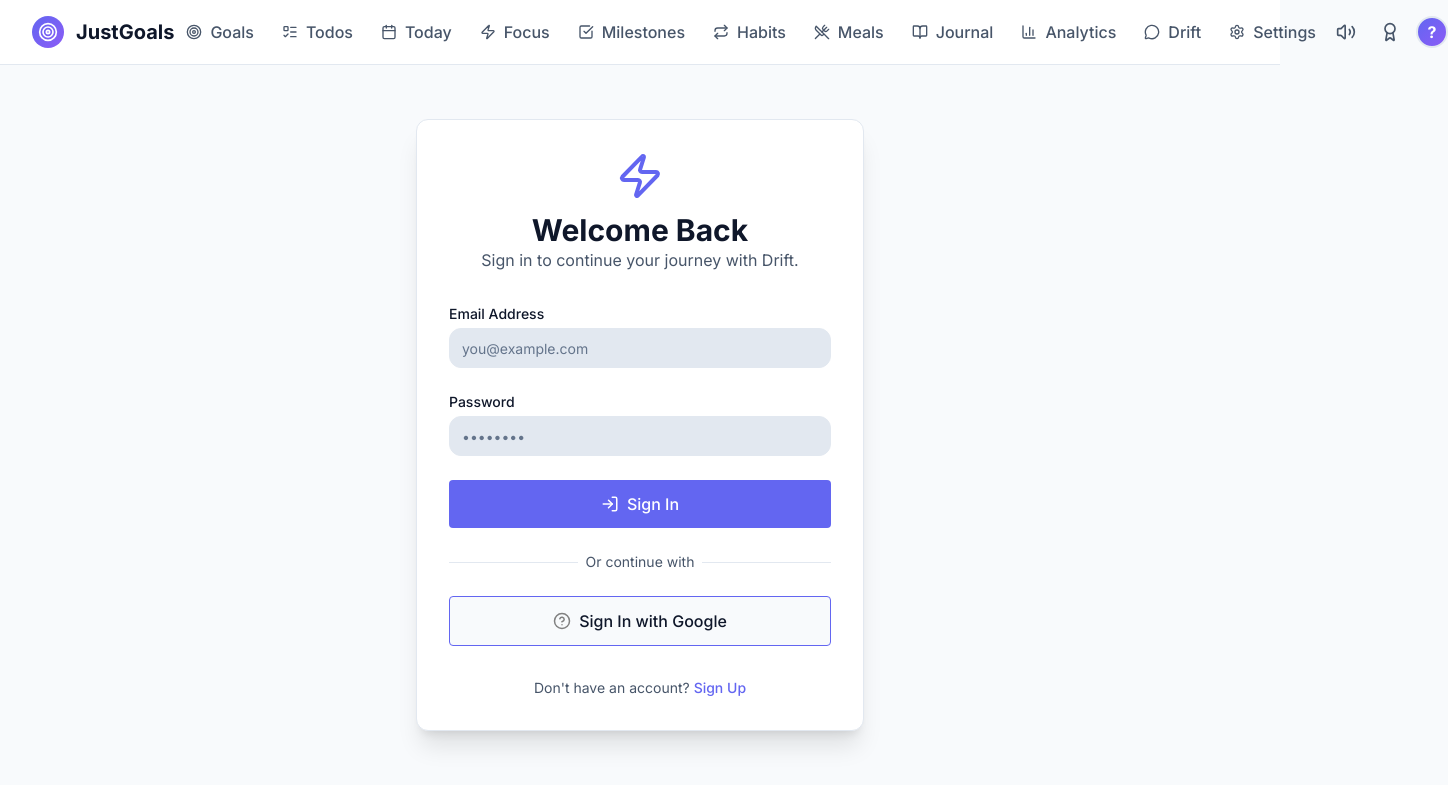
Repository: yaegerbomb42/justgoals
Page: /
An editor plug-in stored every save of this project. The page is shown before and after the next save, followed by the edit.
The browser window is 1280 px wide. The page is 1448 px wide, then 1444 px, so the pictures cover 1448 px, including what lies to the right of the window. The pictures show the whole page.
The page's requests for data from a server got no answer. The project was rebuilt for these pictures with package versions that can differ from the ones it lists, and the page was loaded fresh each time. Some packages were replaced by stand-ins written for this rebuild. No one was signed in, and anything a server would have sent is missing. Also part of the build but not shown: vite.config.mjs, src/components/ui/AchievementModal.jsx, src/components/ErrorBoundary.jsx, src/services/entityManagementService.js, src/utils/goalUtils.js, src/components/ui/FloatingActionButton.jsx, src/pages/goals-dashboard/components/WelcomeHero.jsx, src/pages/goals-dashboard/components/QuickActions.jsx and 78 more.

Above is the page before, as saved 2025-07-21 20:17:00.

### index.html
<!doctype html>
<html lang="en">
  <head>
    <meta charset="utf-8" />
    <title>JustGoals</title>
    <meta name="viewport" content="width=device-width, initial-scale=1.0" />
    <meta name="theme-color" content="#ff9800" />
    <meta name="description" content="JustGoals: Achieve more with cross-device goal tracking, analytics, and gamification." />
    <link rel="icon" href="/assets/images/app-icon.png" />
    <link rel="manifest" href="/manifest.json" />
<script type="module" src="https://static.rocket.new/rocket-web.js?_cfg=https%3A%2F%2Fyaegersg9399back.builtwithrocket.new&_be=https%3A%2F%2Fapplication.rocket.new&_v=0.1.5"></script>
</head>
  <body>
    <noscript>You need to enable JavaScript to run this app.</noscript>
    <div class="dhiwise-code" id="root"></div>
    <script type="module" src="/src/index.jsx"></script>
  </body>
</html>

### src/index.jsx
import React from "react";
import { createRoot } from "react-dom/client";
import App from "./App";
import "./styles/tailwind.css";
import "./styles/index.css";
import { AuthProvider } from './context/AuthContext';
import { SettingsProvider } from './context/SettingsContext';
import { PlanDataProvider } from './context/PlanDataContext';
import { AchievementProvider } from './context/AchievementContext';
import { NotificationProvider } from './context/NotificationContext';
import { MealsProvider } from './context/MealsContext';
import { TemporaryTodosProvider } from './context/TemporaryTodosContext';

const container = document.getElementById("root");
const root = createRoot(container);

root.render(
  <AuthProvider>
    <SettingsProvider>
      <PlanDataProvider>
        <AchievementProvider>
          <NotificationProvider>
            <MealsProvider>
              <TemporaryTodosProvider>
                <App />
              </TemporaryTodosProvider>
            </MealsProvider>
          </NotificationProvider>
        </AchievementProvider>
      </PlanDataProvider>
    </SettingsProvider>
  </AuthProvider>
);

// Register service worker with update notification
if ('serviceWorker' in navigator) {
  window.addEventListener('load', () => {
    navigator.serviceWorker.register('/sw.js').then(registration => {
      registration.onupdatefound = () => {
        const installingWorker = registration.installing;
        installingWorker.onstatechange = () => {
          if (installingWorker.state === 'installed') {
            if (navigator.serviceWorker.controller) {
              // New update available
              if (window.confirm('A new version is available. Reload now?')) {
                window.location.reload();
              }
            }
          }
        };
      };
    });
  });
}

### src/context/PlanDataContext.jsx
import React, { createContext, useContext, useState, useEffect, useCallback } from 'react';

const PlanDataContext = createContext();

function normalizePlanData(input) {
  let data = input;
  if (typeof input === 'string') {
    try { data = JSON.parse(input); } catch { return []; }
  }
  if (data && !Array.isArray(data) && typeof data === 'object') {
    data = [data];
  }
  function deepFlatten(arr) {
    return arr.reduce((acc, val) => Array.isArray(val) ? acc.concat(deepFlatten(val)) : acc.concat(val), []);
  }
  if (!Array.isArray(data)) return [];
  const flat = deepFlatten(data).filter(
    item => item && typeof item === 'object' && !Array.isArray(item) && typeof item.time === 'string' && typeof item.title === 'string'
  );
  return flat;
}

export const PlanDataProvider = ({ children }) => {
  const [plan, setPlan] = useState([]);
  const [planError, setPlanError] = useState('');

  // On mount, clean all daily_plan_* keys and load today's plan
  useEffect(() => {
    Object.keys(localStorage).forEach(key => {
      if (key.startsWith('daily_plan_')) {
        try {
          const plan = JSON.parse(localStorage.getItem(key));
          if (!Array.isArray(plan) || !plan.every(item => item && typeof item === 'object' && typeof item.time === 'string' && typeof item.title === 'string')) {
            localStorage.removeItem(key);
          }
        } catch {
          localStorage.removeItem(key);
        }
      }
    });
    // Load today's plan
    const today = new Date().toISOString().split('T')[0];
    const planKey = `daily_plan_global_${today}`;
    const savedPlan = localStorage.getItem(planKey);
    if (savedPlan) {
      setPlan(normalizePlanData(savedPlan));
    } else {
      setPlan([]);
    }
  }, []);

  // Save plan to localStorage
  const savePlan = useCallback((newPlan) => {
    const today = new Date().toISOString().split('T')[0];
    const planKey = `daily_plan_global_${today}`;
    const normalized = normalizePlanData(newPlan);
    if (normalized.length > 0) {
      localStorage.setItem(planKey, JSON.stringify(normalized));
      setPlan(normalized);
      setPlanError('');
    } else {
      localStorage.removeItem(planKey);
      setPlan([]);
      setPlanError('Plan data was invalid and has been reset.');
    }
  }, []);

  // Reset all plan data
  const resetAllPlans = useCallback(() => {
    Object.keys(localStorage).forEach(key => {
      if (key.startsWith('daily_plan_')) {
        localStorage.removeItem(key);
      }
    });
    setPlan([]);
    setPlanError('All plan data has been reset.');
    window.location.reload();
  }, []);

  return (
    <PlanDataContext.Provider value={{ plan, setPlan: savePlan, planError, resetAllPlans }}>
      {children}
    </PlanDataContext.Provider>
  );
};

export const usePlanData = () => {
  const context = useContext(PlanDataContext);
  if (!context) {
    throw new Error('usePlanData must be used within a PlanDataProvider');
  }
  return context;
};

### src/context/NotificationContext.jsx
import React, { createContext, useContext } from 'react';

const NotificationContext = createContext();

export const useNotificationContext = () => {
  const context = useContext(NotificationContext);
  if (!context) {
    throw new Error('useNotificationContext must be used within a NotificationProvider');
  }
  return context;
};

export const NotificationProvider = ({ children }) => {
  const value = {
    // This context can be expanded later to include notification state management
    // For now, it just provides the context structure
  };

  return (
    <NotificationContext.Provider value={value}>
      {children}
    </NotificationContext.Provider>
  );
};

### src/components/ui/Header.jsx
import React, { useState, useRef, useEffect } from 'react';
import { useNavigate, useLocation } from 'react-router-dom';
import { motion, AnimatePresence } from 'framer-motion';
import { useAuth } from '../../context/AuthContext';
import { useSettings } from '../../context/SettingsContext';
import { useAchievements } from '../../context/AchievementContext';
import Icon from './Icon';

const Header = () => {
  const { user, logout } = useAuth();
  const { settings } = useSettings();
  const { isMusicMuted, setMusicMuted } = useSettings();
  const { achievements, unreadCount } = useAchievements();
  const navigate = useNavigate();
  const location = useLocation();

  const [profileMenuOpen, setProfileMenuOpen] = useState(false);
  const [mobileMenuOpen, setMobileMenuOpen] = useState(false);
  const profileMenuRef = useRef(null);

  const isMobile = settings?.mobile?.detected;
  const compactHeader = settings?.mobile?.compactHeader;

  // Close menus when clicking outside
  useEffect(() => {
    const handleClickOutside = (event) => {
      if (profileMenuRef.current && !profileMenuRef.current.contains(event.target)) {
        setProfileMenuOpen(false);
      }
    };

    document.addEventListener('mousedown', handleClickOutside);
    return () => document.removeEventListener('mousedown', handleClickOutside);
  }, []);

  // Close mobile menu when route changes
  useEffect(() => {
    setMobileMenuOpen(false);
  }, [location.pathname]);

  const handleLogout = async () => {
    try {
      await logout();
      navigate('/auth/login');
    } catch (error) {
      console.error('Logout failed:', error);
    }
  };

  const navigationItems = [
    { path: '/goals-dashboard', label: 'Goals', icon: 'Target' },
    { path: '/temp-todos', label: 'Todos', icon: 'ListTodo' },
    { path: '/day', label: 'Today', icon: 'Calendar' },
    { path: '/focus-mode', label: 'Focus', icon: 'Zap' },
    { path: '/daily-milestones', label: 'Milestones', icon: 'CheckSquare' },
    { path: '/habits', label: 'Habits', icon: 'Repeat' },
    { path: '/meals', label: 'Meals', icon: 'UtensilsCrossed' },
    { path: '/journal', label: 'Journal', icon: 'BookOpen' },
    { path: '/analytics-dashboard', label: 'Analytics', icon: 'BarChart3' },
    { path: '/ai-assistant-chat-drift', label: 'Drift', icon: 'MessageCircle' },
    { path: '/settings-configuration', label: 'Settings', icon: 'Settings' },
  ];

  const getCurrentPage = () => {
    return navigationItems.find(item => location.pathname.startsWith(item.path))?.label || 'JustGoals';
  };

  return (
    <header className={`bg-surface border-b border-border sticky top-0 z-40 transition-all duration-200 ${
      compactHeader && isMobile ? 'py-2' : 'py-3'
    }`}>
      <div className="max-w-7xl mx-auto px-4 sm:px-6 lg:px-8">
        <div className="flex items-center justify-between">
          {/* Logo and Title */}
          <div className="flex items-center space-x-3">
            <div className="flex-shrink-0">
              <div className="w-8 h-8 bg-gradient-to-br from-primary to-secondary rounded-lg flex items-center justify-center">
                <Icon name="Target" className="w-5 h-5 text-white" />
              </div>
            </div>
            <h1 className={`font-heading-bold text-text-primary transition-all duration-200 ${
              compactHeader && isMobile ? 'text-lg' : 'text-xl'
            }`}>
              JustGoals
            </h1>
          </div>

          {/* Desktop Navigation */}
          {!isMobile && (
            <nav className="hidden md:flex items-center space-x-1">
              {navigationItems.map((item) => {
                const isActive = location.pathname.startsWith(item.path);
                return (
                  <button
                    key={item.path}
                    onClick={() => navigate(item.path)}
                    className={`flex items-center space-x-2 px-3 py-2 rounded-lg font-medium transition-all duration-200 ${
                      isActive
                        ? 'bg-primary text-white shadow-lg'
                        : 'text-text-secondary hover:text-text-primary hover:bg-surface-700'
                    }`}
                  >
                    <Icon name={item.icon} className="w-4 h-4" />
                    <span>{item.label}</span>
                  </button>
                );
              })}
            </nav>
          )}

          {/* Right Side Items */}
          <div className="flex items-center space-x-2">
            {/* Mute/Unmute Global Music */}
            <button
              onClick={() => setMusicMuted((v) => !v)}
              className="p-2 text-text-secondary hover:text-text-primary hover:bg-surface-700 rounded-lg transition-all duration-200"
              title={isMusicMuted ? 'Unmute Background Music' : 'Mute Background Music'}
            >
              <Icon name={isMusicMuted ? 'VolumeX' : 'Volume2'} className="w-5 h-5" />
            </button>
            {/* Achievement Badge */}
            <button
              onClick={() => navigate('/achievements')}
              className="relative p-2 text-text-secondary hover:text-text-primary hover:bg-surface-700 rounded-lg transition-all duration-200"
              title="Achievements"
            >
              <Icon name="Award" className="w-5 h-5" />
              {unreadCount > 0 && (
                <span className="absolute -top-1 -right-1 w-5 h-5 bg-red-500 text-white text-xs rounded-full flex items-center justify-center font-bold">
                  {unreadCount > 9 ? '9+' : unreadCount}
                </span>
              )}
            </button>

            {/* Mobile Menu Button */}
            {isMobile && (
              <button
                onClick={() => setMobileMenuOpen(!mobileMenuOpen)}
                className="p-2 text-text-secondary hover:text-text-primary hover:bg-surface-700 rounded-lg transition-all duration-200 md:hidden"
                title="Menu"
              >
                <Icon name={mobileMenuOpen ? "X" : "Menu"} className="w-5 h-5" />
              </button>
            )}

            {/* Profile Icon & Dropdown */}
            <div className="relative" ref={profileMenuRef}>
              <button
                className="flex items-center justify-center w-8 h-8 rounded-full bg-gradient-to-br from-primary to-secondary text-white font-bold border-2 border-primary-400 hover:shadow-lg transition-all duration-200 hover:scale-105"
                onClick={() => setProfileMenuOpen((v) => !v)}
                title="Profile"
              >
                {(settings?.profile?.displayName || user?.displayName)?.[0]?.toUpperCase() ?? user?.email?.[0]?.toUpperCase() ?? '?'}
              </button>
              <AnimatePresence>
                {profileMenuOpen && (
                  <motion.div
                    initial={{ opacity: 0, y: -10, scale: 0.95 }}
                    animate={{ opacity: 1, y: 0, scale: 1 }}
                    exit={{ opacity: 0, y: -10, scale: 0.95 }}
                    className="absolute right-0 mt-3 w-64 bg-surface border border-border rounded-xl shadow-xl z-50 overflow-hidden"
                  >
                    {/* User Info Section */}
                    <div className="p-4 bg-gradient-to-r from-primary/5 to-secondary/5 border-b border-border">
                      <div className="flex items-center space-x-3">
                        <div className="w-10 h-10 rounded-full bg-gradient-to-br from-primary to-secondary flex items-center justify-center text-white font-bold text-lg">
                          {(settings?.profile?.displayName || user?.displayName)?.[0]?.toUpperCase() ?? user?.email?.[0]?.toUpperCase() ?? '?'}
                        </div>
                        <div className="flex-1 min-w-0">
                          <div className="font-semibold text-text-primary truncate">
                            {settings?.profile?.displayName || user?.displayName || 'User'}
                          </div>
                          <div className="text-xs text-text-secondary truncate">
                            {user?.email}
                          </div>
                        </div>
                      </div>
                    </div>

                    {/* Menu Items */}
                    <div className="p-2">
                      <button
                        className="w-full flex items-center space-x-3 px-3 py-2 text-left text-red-500 hover:bg-red-500/10 rounded-lg transition-colors duration-200"
                        onClick={handleLogout}
                      >
                        <Icon name="LogOut" className="w-4 h-4" />
                        <span className="text-sm font-medium">Sign Out</span>
                      </button>
                    </div>
                  </motion.div>
                )}
              </AnimatePresence>
            </div>
          </div>
        </div>

        {/* Mobile Navigation Menu */}
        <AnimatePresence>
          {mobileMenuOpen && isMobile && (
            <motion.div
              initial={{ opacity: 0, height: 0 }}
              animate={{ opacity: 1, height: 'auto' }}
              exit={{ opacity: 0, height: 0 }}
              className="md:hidden mt-3 border-t border-border pt-3"
            >
              <nav className="grid grid-cols-2 gap-2">
                {navigationItems.map((item) => {
                  const isActive = location.pathname.startsWith(item.path);
                  return (
                    <button
                      key={item.path}
                      onClick={() => navigate(item.path)}
                      className={`flex items-center space-x-2 px-3 py-3 rounded-lg font-medium transition-all duration-200 ${
                        isActive
                          ? 'bg-primary text-white shadow-lg'
                          : 'text-text-secondary hover:text-text-primary hover:bg-surface-700'
                      }`}
                    >
                      <Icon name={item.icon} className="w-4 h-4" />
                      <span className="text-sm">{item.label}</span>
                    </button>
                  );
                })}
              </nav>
            </motion.div>
          )}
        </AnimatePresence>
      </div>
    </header>
  );
};

export default Header;

### src/components/ui/Icon.jsx
import React from 'react';
import * as LucideIcons from 'lucide-react';
import { HelpCircle } from 'lucide-react';

function Icon({
    name,
    size = 24,
    color = "currentColor",
    className = "",
    strokeWidth = 2,
    ...props
}) {
    const IconComponent = LucideIcons[name];

    if (!IconComponent) {
        return <HelpCircle size={size} color="gray" strokeWidth={strokeWidth} className={className} {...props} />;
    }

    return <IconComponent
        size={size}
        color={color}
        strokeWidth={strokeWidth}
        className={className}
        {...props}
    />;
}
export default Icon;

### src/components/ui/Input.jsx
import React, { forwardRef } from "react";

const Input = forwardRef(({ className = "", type = "text", ...props }, ref) => {

    // CheckBox-specific styles - enhanced with comprehensive theming
    if (type === "checkbox") {
        const checkboxClass =
            "h-4 w-4 mx-1 rounded border border-border bg-background text-primary focus:ring-2 focus:ring-form-focus focus:ring-offset-2 disabled:cursor-not-allowed disabled:opacity-50";

        return (
            <input
                type="checkbox"
                className={checkboxClass}
                ref={ref}
                {...props}
            />
        );
    }

    // Radio button-specific styles - enhanced with comprehensive theming
    if (type === "radio") {
        const radioClass =
            "h-4 w-4 mx-1 rounded-full border border-border bg-background text-primary focus:ring-2 focus:ring-form-focus focus:ring-offset-2 disabled:cursor-not-allowed disabled:opacity-50";

        return (
            <input
                type="radio"
                className={radioClass + " " + className}
                ref={ref}
                {...props}
            />
        );
    }

    const baseClass =
        "flex h-10 w-full rounded-md border border-border bg-input px-3 py-2 text-base text-text-primary ring-offset-background file:border-0 file:bg-transparent file:text-sm file:font-medium file:text-primary placeholder:text-text-muted focus-visible:outline-none focus-visible:ring-2 focus-visible:ring-form-focus focus-visible:ring-offset-2 disabled:cursor-not-allowed disabled:opacity-50 md:text-sm";

    return (
        <input
            type={type}
            className={baseClass + " " + className}
            ref={ref}
            {...props}
        />
    );
});

Input.displayName = "Input";

export default Input;

Loaded but not shown: src/styles/tailwind.css (library); src/components/ScrollToTop.jsx (common file); src/components/AppIcon.jsx (common file); src/services/firestoreService.js (1044 lines, source omitted); src/services/achievementService.js (985 lines, source omitted); src/services/smsNotificationService.js (607 lines, source omitted); src/services/calendarSyncService.js (585 lines, source omitted); src/services/notificationService.js (532 lines, source omitted); src/utils/themeUtils.js (597 lines, source omitted); src/services/integrationService.js (568 lines, source omitted); src/services/geminiService.js (430 lines, source omitted); src/services/analyticsService.js (311 lines, source omitted); src/services/backupService.js (246 lines, source omitted); src/services/discordNotificationService.js (289 lines, source omitted); tailwind.config.js (158 lines, source omitted); src/utils/demoDataGenerator.js (222 lines, source omitted); src/hooks/useNotifications.js (184 lines, source omitted); src/services/ntfyNotificationService.js (57 lines, source omitted); src/services/firebaseClient.js (23 lines, source omitted); src/services/emailNotificationService.js (29 lines, source omitted); src/styles/index.css (469 lines, source omitted); src/context/SettingsContext.jsx (283 lines, source omitted); src/components/ui/AmbientSoundPlayer.jsx (245 lines, source omitted); src/context/AchievementContext.jsx (232 lines, source omitted); src/context/TemporaryTodosContext.jsx (249 lines, source omitted); src/context/MealsContext.jsx (181 lines, source omitted); src/components/ui/Button.jsx (138 lines, source omitted); src/pages/auth/LoginPage.jsx (122 lines, source omitted); src/Routes.jsx (87 lines, source omitted); src/context/AuthContext.jsx (109 lines, source omitted); src/App.jsx (93 lines, source omitted)

After the next save:
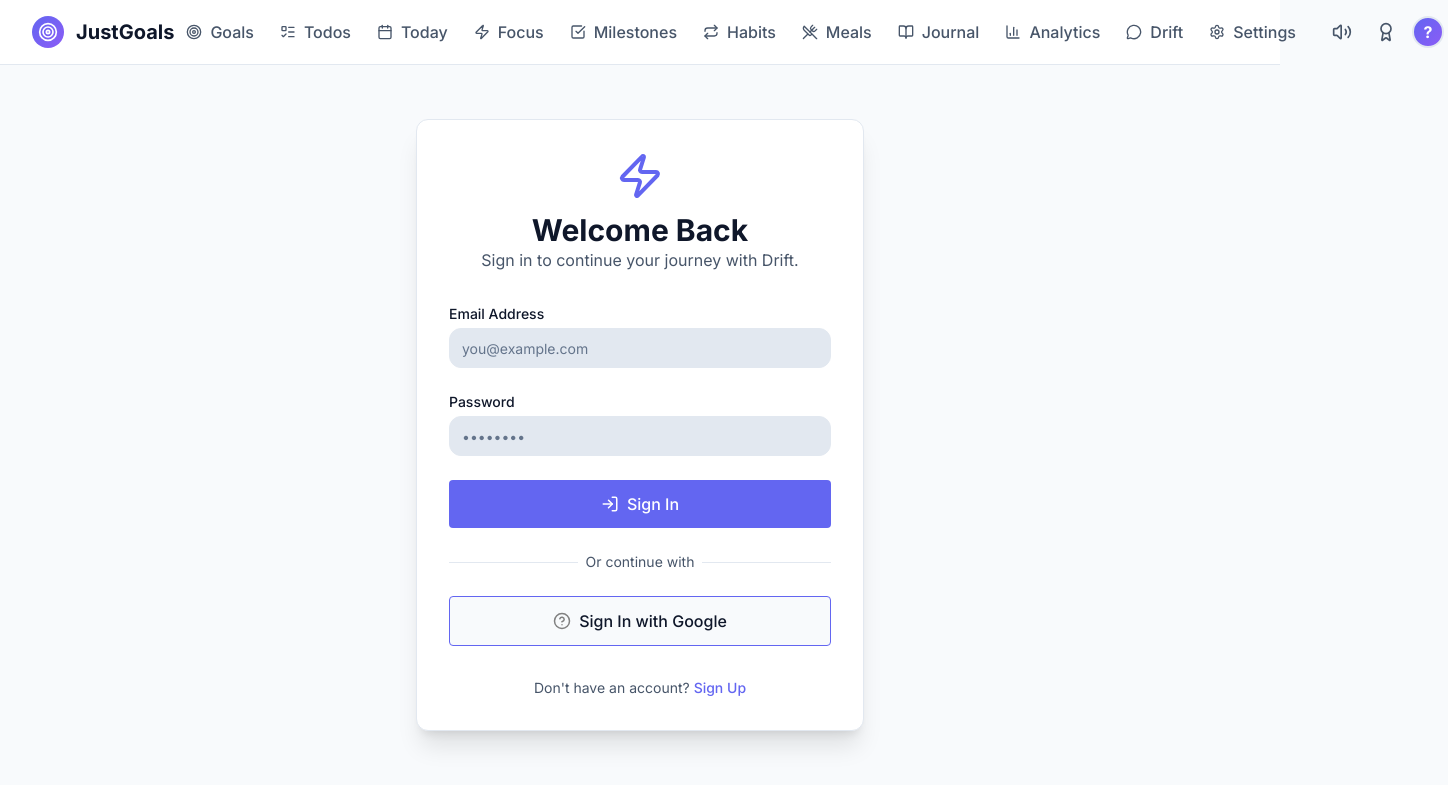
Saved 19 s later.
--- a/src/components/ui/Header.jsx
+++ b/src/components/ui/Header.jsx
@@ -87,7 +87,7 @@ const Header = () => {
 
           {/* Desktop Navigation */}
           {!isMobile && (
-            <nav className="hidden md:flex items-center space-x-1">
+            <nav className="hidden md:flex items-center space-x-0.5 mr-4">
               {navigationItems.map((item) => {
                 const isActive = location.pathname.startsWith(item.path);
                 return (
